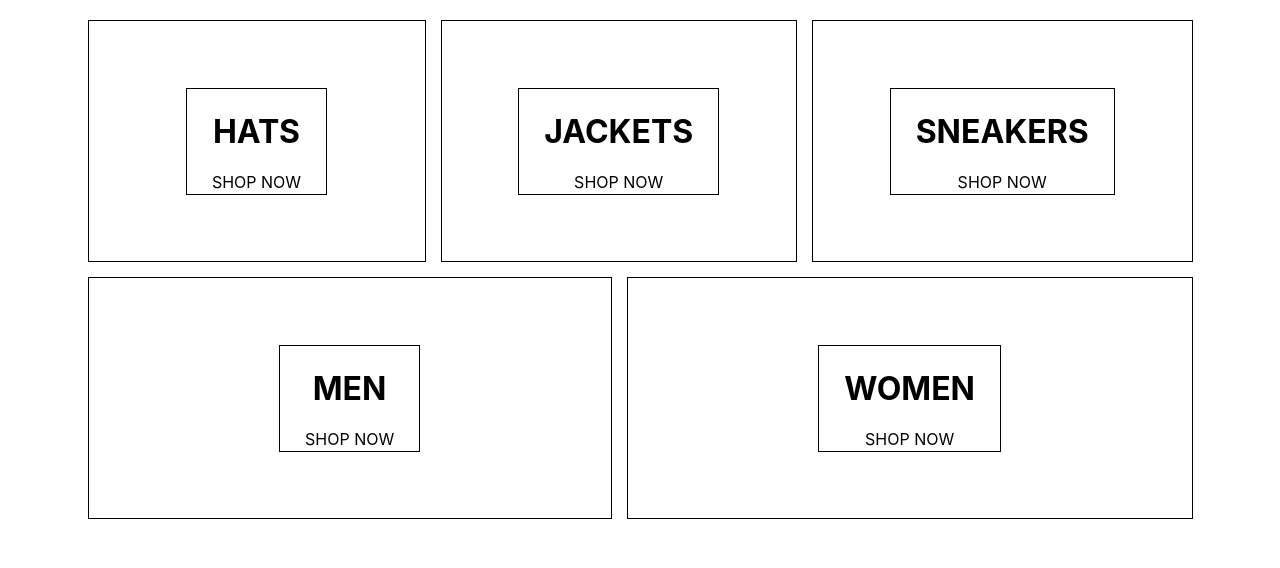
Repository: nepfri/crwn-clothing
Page: /
The author's editor kept a copy of each file at every save. The page is drawn from the files as they stood at one save, then again after the next save.
The browser window is 1280 px wide. The pictures show the whole page.
The project was rebuilt for these pictures with package versions that can differ from the ones it lists, and the page was loaded fresh each time. Also part of the build but not shown: src/App.css.

Above is the page before, as saved 2021-10-13 14:07:28.

### src/App.js
import "./App.css";
import Homepage from "./homepage.component";

function App() {
  return (
    <div>
      <Homepage></Homepage>
    </div>
  );
}

export default App;

### src/homepage.component.jsx
import React from "react";
import './homepage.styles.scss';

const Homepage = () => {
  return (
    <div className="homepage">
      <div className="directory-menu">
        <div className="menu-item">
          <div className="content">
            <h1 classname="title">HATS</h1>
            <span classname="subtitle">SHOP NOW</span>
          </div>
        </div>

        <div className="menu-item">
          <div className="content">
            <h1 classname="title">JACKETS</h1>
            <span classname="subtitle">SHOP NOW</span>
          </div>
        </div>

        <div className="menu-item">
          <div className="content">
            <h1 classname="title">SNEAKERS</h1>
            <span classname="subtitle">SHOP NOW</span>
          </div>
        </div>

        <div className="menu-item">
          <div className="content">
            <h1 classname="title">MEN</h1>
            <span classname="subtitle">SHOP NOW</span>
          </div>
        </div>

        <div className="menu-item">
          <div className="content">
            <h1 classname="title">WOMEN</h1>
            <span classname="subtitle">SHOP NOW</span>
          </div>
        </div>
      </div>
    </div>
  );
};

export default Homepage;

### src/homepage.styles.scss
.homepage {
  display: flex;
  flex-direction: column;
  align-items: center;
  padding: 20px 80px;
}

.directory-menu {
  width: 100%;
  display: flex;
  flex-wrap: wrap;
  justify-content: space-between;
}

.menu-item {
  min-width: 30%;
  height: 240px;
  flex: 1 1 auto;
  display: flex;
  align-items: center;
  justify-content: center;
  border: 1px solid black;
  margin: 0 7.5px 15px;

  &:first-child {
    margin-right: 7.5px;
  }

  &:last-child {
    margin-left: 7.5px;
  }

  .content {
    height: 105px;
    padding: 0 25px;
    display: flex;
    flex-direction: column;
    align-items: center;
    justify-content: center;
    border: 1px solid black;
  }

  .title {
    font-weight: bold;
    margin-bottom: 6px;
    font-size: 22px;
    color: #4a4a4a;
  }

  .subtitle {
    font-weight: lighter;
    font-size: 16px;
  }
}

Loaded but not shown: public/index.html (common file); src/index.js (common file); src/index.css (common file)

After the next save:
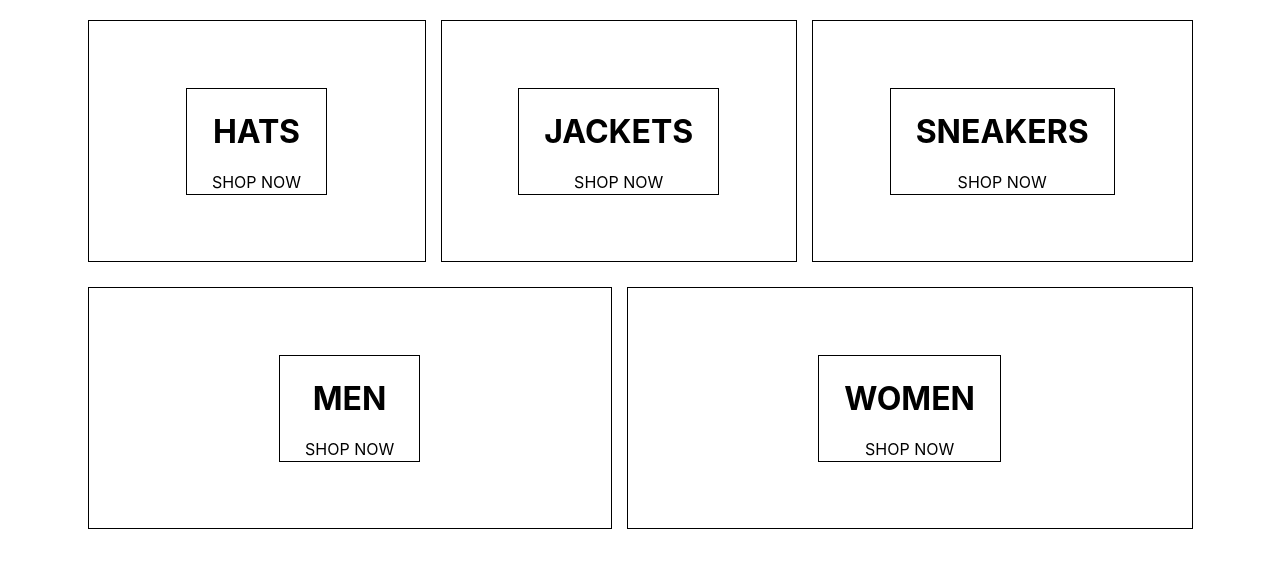
Saved 10 s later.
--- a/src/homepage.styles.scss
+++ b/src/homepage.styles.scss
@@ -20,7 +20,7 @@
   align-items: center;
   justify-content: center;
   border: 1px solid black;
-  margin: 0 7.5px 15px;
+  margin: 0 7.5px 25px;
 
   &:first-child {
     margin-right: 7.5px;
